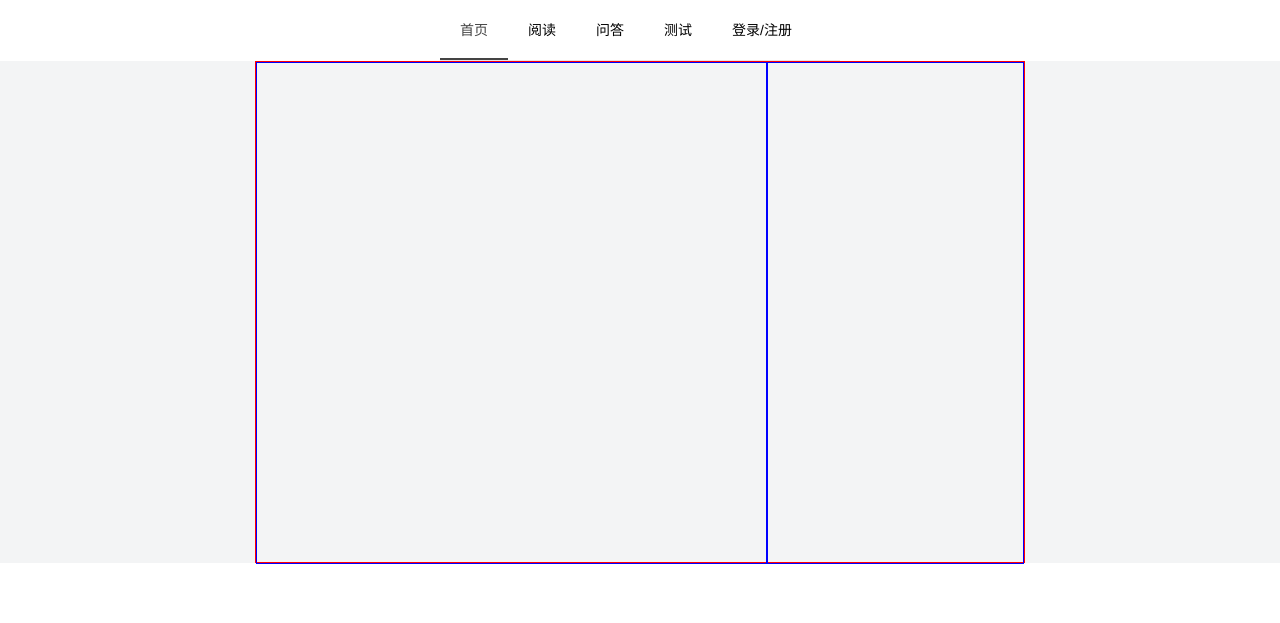
Repository: shengligo/xyx_vue_v1
Page: /qs
These files come from the project's save history. The page is drawn as it stood at one moment and after the next save; the edit follows.
The browser window is 1280 px wide. The pictures show the whole page.
The project was rebuilt for these pictures with package versions that can differ from the ones it lists, and the page was loaded fresh each time. Also part of the build but not shown: vue.config.js, src/views/home/childComps/Art.vue, src/views/author/authors.vue.

Above is the page before, as saved 2021-09-04 15:53:54.

After the next save:
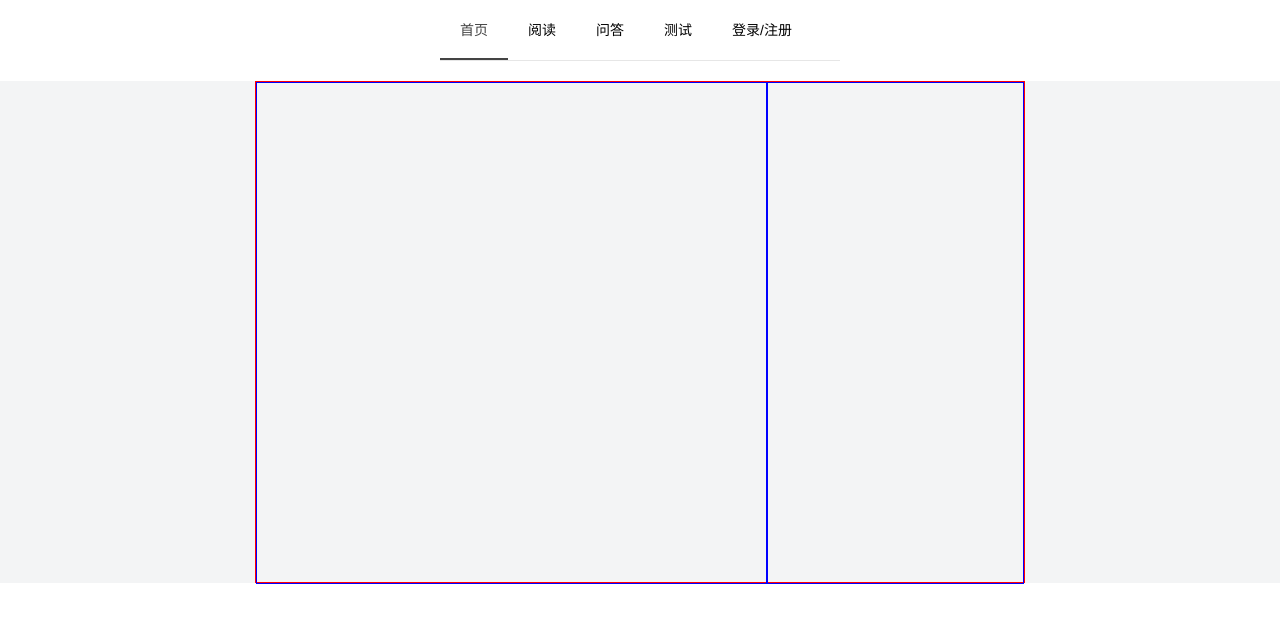
Saved 23 s later.
--- a/src/views/questions/Question.vue
+++ b/src/views/questions/Question.vue
@@ -21,6 +21,7 @@ export default {
 #question {
   width: 100%;
   height: 100%;
+  margin-top: 20px;
   background-color: rgb(243, 244, 245);
 
 }
